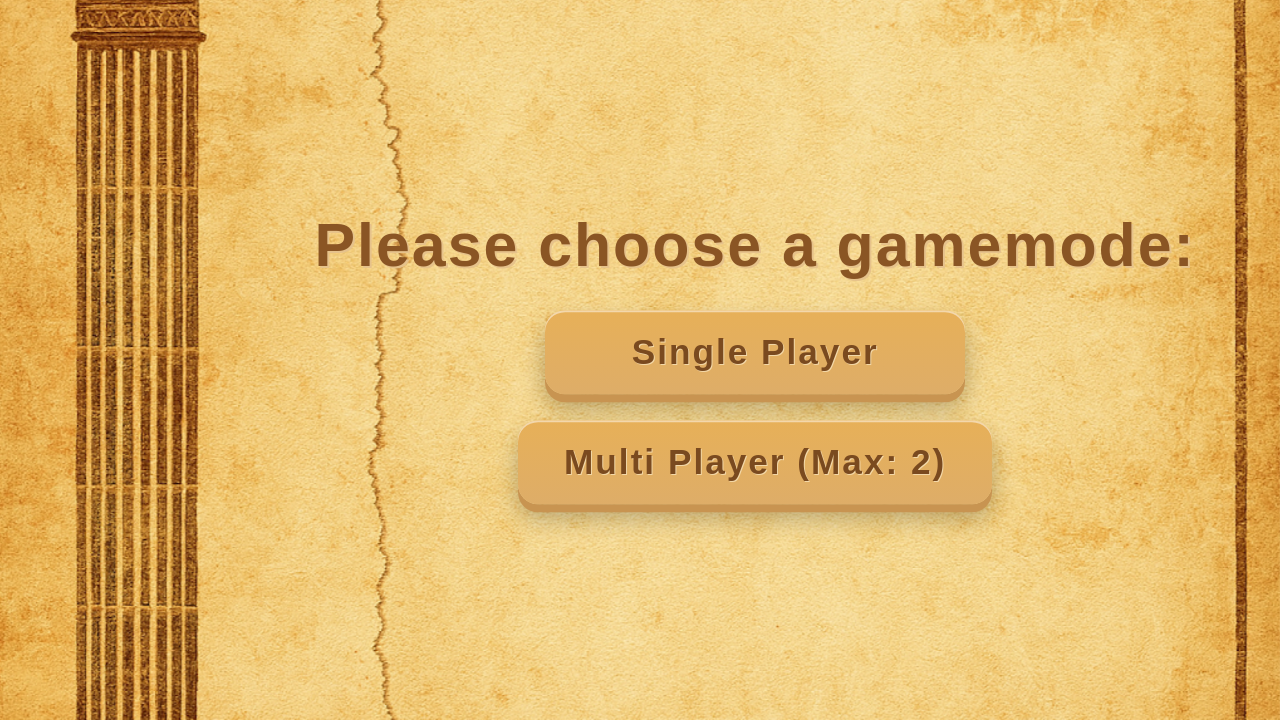
Repository: brianabariteau/Web-1-Final-Project-2025
Page: features/mode-selection/mode-selection.html
The author's editor kept a copy of each file at every save. The page is drawn from the files as they stood at one save, then again after the next save.
The browser window is 1280 px wide. The pictures show the whole page.
Some web fonts or font styles are not loaded; a fallback is used.

Above is the page before, as saved 2025-12-21 22:16:36.

### features/mode-selection/mode-selection.html
<!DOCTYPE html>
<html>
  <head>
    <meta charset="utf-8" />
    <meta http-equiv="X-UA-Compatible" content="IE=edge" />
    <title>Mode Selection</title>
    <meta name="viewport" content="width=device-width, initial-scale=1" />
    <link
      rel="stylesheet"
      type="text/css"
      media="screen"
      href="mode-selection.css"
    />
    <script type="module" defer src="mode-selection.js"></script>
    <link rel="icon" type="image/x-icon" href="/assets/characters/zeus.png" />
    <script
      src="https://code.jquery.com/jquery-3.7.1.min.js"
      integrity="sha256-/JqT3SQfawRcv/BIHPThkBvs0OEvtFFmqPF/lYI/Cxo="
      crossorigin="anonymous"
    ></script>
    <link
      href="https://fonts.googleapis.com/css2?family=Jersey+25&display=swap"
      rel="stylesheet"
    />
  </head>
  <body></body>
</html>

### features/mode-selection/mode-selection.css
/* =========================
   RESET & BASE
========================= */
* {
  margin: 0;
  padding: 0;
  box-sizing: border-box;
}

body {
  height: 100vh;
  width: 100vw;
  overflow: hidden;

  font-family: "Cinzel", serif;
  background-color: #f4d8a3;

  display: flex;
  align-items: center;
  justify-content: center;
}

/* =========================
   BACKGROUND
========================= */
.background {
  position: fixed;
  inset: 0;
  width: 100%;
  height: 100%;
  object-fit: cover;
  z-index: -1;
}

/* =========================
   CONTENT GROUP
========================= */
.group {
  position: relative;

  /* Push away from the column */
  margin-left: clamp(80px, 18vw, 260px);

  display: flex;
  flex-direction: column;
  align-items: center;
  gap: 26px;

  text-align: center;
}

/* =========================
   TITLE
========================= */
.Title {
  font-size: 3.8rem;
  font-weight: 800;
  letter-spacing: 2px;
  font-family: "Jersey 25", sans-serif;

  color: #8a5524;
  margin-bottom: 10px;

  text-shadow: 2px 2px 0 #e6c28b, 0 0 10px rgba(255, 215, 150, 0.3);
}

/* =========================
   BUTTON BASE (shared)
========================= */
.single-player-button,
.multi-player-button {
  display: flex;
  align-items: center;
  justify-content: center;

  padding: 22px 46px;
  min-width: 420px;

  background: linear-gradient(to bottom, #e7b058, #dead68);

  border: none;
  border-radius: 20px;
  cursor: pointer;

  box-shadow: inset 0 2px 0 rgba(255, 255, 255, 0.5), 0 8px 0 #c89451,
    0 14px 25px rgba(0, 0, 0, 0.25);

  animation: floatButton 3.5s ease-in-out infinite;
  transition: transform 0.15s ease, box-shadow 0.15s ease, filter 0.15s ease;
}

/* =========================
   BUTTON TEXT
========================= */
.single-player-button p,
.multi-player-button p {
  font-size: 2.2rem;
  font-weight: 700;
  letter-spacing: 2px;
  font-family: "Jersey 25", sans-serif;

  color: #7a4a1f;
  text-shadow: 1px 1px 0 #f3d8a8;
}

/* =========================
   HOVER GLOW
========================= */
.single-player-button:hover,
.multi-player-button:hover {
  filter: brightness(1.05);
  box-shadow: inset 0 2px 0 rgba(255, 255, 255, 0.6), 0 8px 0 #c89a5f,
    0 0 20px rgba(255, 210, 130, 0.7), 0 0 45px rgba(255, 200, 100, 0.4);
}

/* =========================
   CLICK PRESS
========================= */
.single-player-button:active,
.multi-player-button:active {
  transform: translateY(6px);
  animation-play-state: paused;

  box-shadow: inset 0 2px 0 rgba(255, 255, 255, 0.4), 0 3px 0 #c89a5f;
}

/* =========================
   ANIMATIONS
========================= */
@keyframes floatButton {
  0%,
  100% {
    transform: translateY(0);
  }
  50% {
    transform: translateY(-6px);
  }
}

/* =========================
   RESPONSIVE SCALING
========================= */

/* Tablets */
@media (max-width: 1024px) {
  .Title {
    font-size: 3rem;
  }

  .single-player-button,
  .multi-player-button {
    min-width: 340px;
    padding: 18px 36px;
  }

  .single-player-button p,
  .multi-player-button p {
    font-size: 1.9rem;
  }
}

/* Phones */
@media (max-width: 600px) {
  .group {
    margin-left: 0; /* Column space gone */
  }

  .Title {
    font-size: 2.4rem;
  }

  .single-player-button,
  .multi-player-button {
    min-width: 260px;
    padding: 16px 26px;
  }

  .single-player-button p,
  .multi-player-button p {
    font-size: 1.6rem;
  }
}

### features/mode-selection/mode-selection.js
"use strict";

// * The Background Image
const background = $("<img>")
  .addClass("background")
  .attr("src", "../../assets/backgrounds/landing-page-background.png")
  .attr("alt", "Background");

// * Grouping
const grouping = $("<div>").addClass("group");

// * Title
const title = $("<h1>").addClass("Title").text("Please choose a gamemode: ");

// * Single Player Button
const singlePlayerButton = $("<button>").addClass("single-player-button");
const singlePlayerText = $("<p>").text("Single Player");

$(singlePlayerButton).on("click", () => {
  window.location.href =
    "./features/character-selection/character-selection.html";
});

$(singlePlayerButton).append(singlePlayerText);

// * Multi-Player Button
const multiPlayerButton = $("<button>").addClass("multi-player-button");
const multiPlayerText = $("<p>").text("Multi Player (Max: 2)");

$(multiPlayerButton).on("click", () => {
  window.location.href =
    "./features/character-selection/character-selection.html";
});

$(multiPlayerButton).append(multiPlayerText);

$(grouping).append(title, singlePlayerButton, multiPlayerButton);
$("body").append(background, grouping);

After the next save:
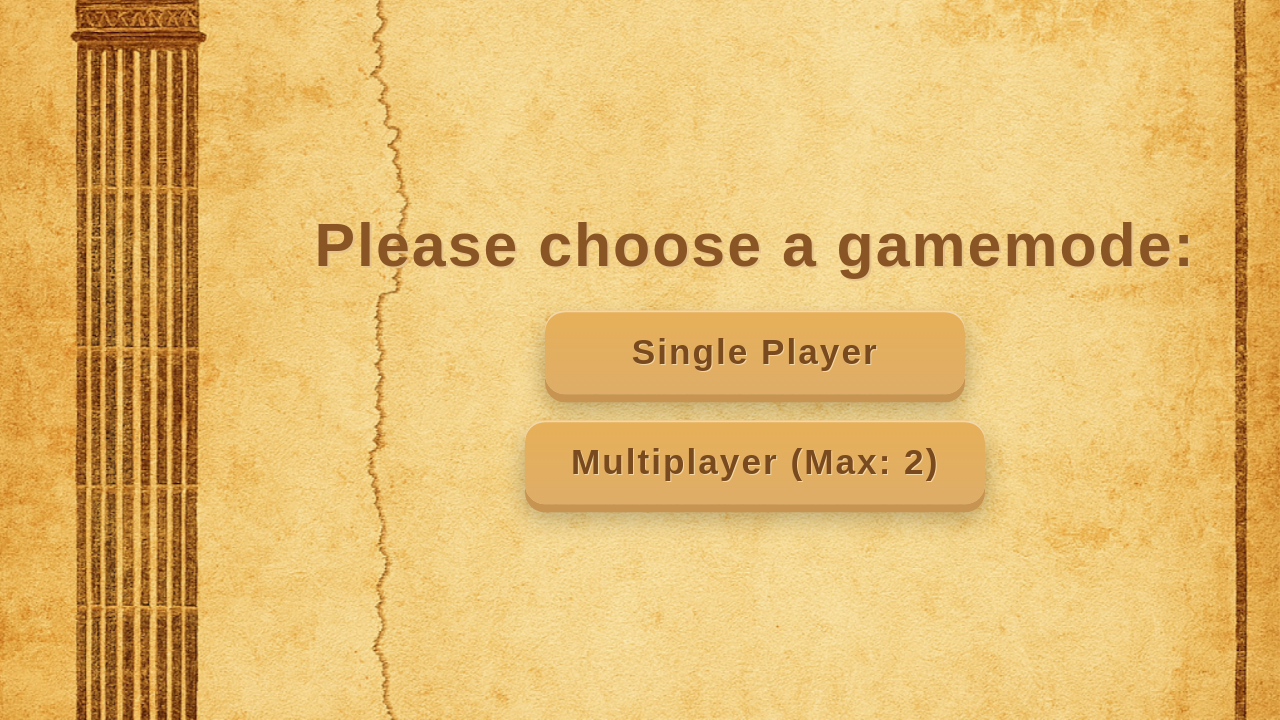
Saved 11 s later.
--- a/features/mode-selection/mode-selection.js
+++ b/features/mode-selection/mode-selection.js
@@ -25,7 +25,7 @@ $(singlePlayerButton).append(singlePlayerText);
 
 // * Multi-Player Button
 const multiPlayerButton = $("<button>").addClass("multi-player-button");
-const multiPlayerText = $("<p>").text("Multi Player (Max: 2)");
+const multiPlayerText = $("<p>").text("Multiplayer (Max: 2)");
 
 $(multiPlayerButton).on("click", () => {
   window.location.href =
